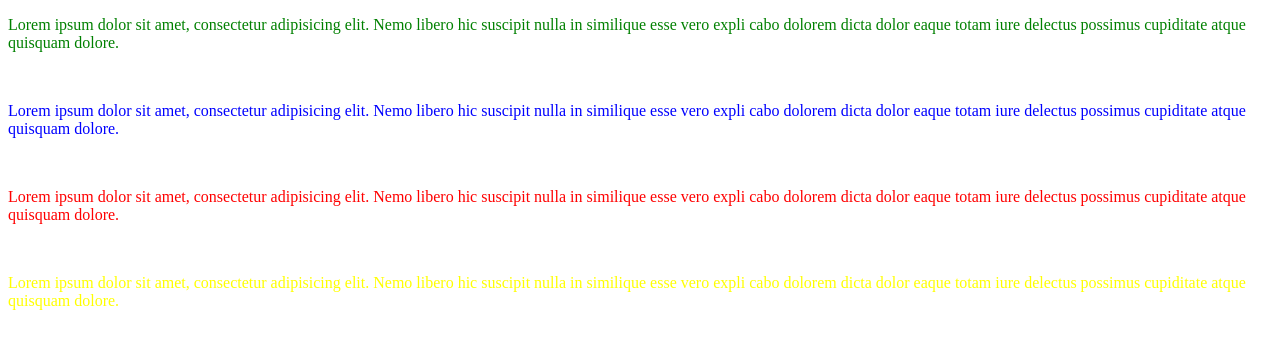
Repository: Balamurugan1914/crud_operation_without_db
Page: html_example/src/main/webapp/aboutus.html
An editor plug-in stored every save of this project. The page is shown before and after the next save, followed by the edit.
The browser window is 1280 px wide. The pictures show the whole page.

Above is the page before, as saved 2022-06-22 10:23:59.

After the next save:
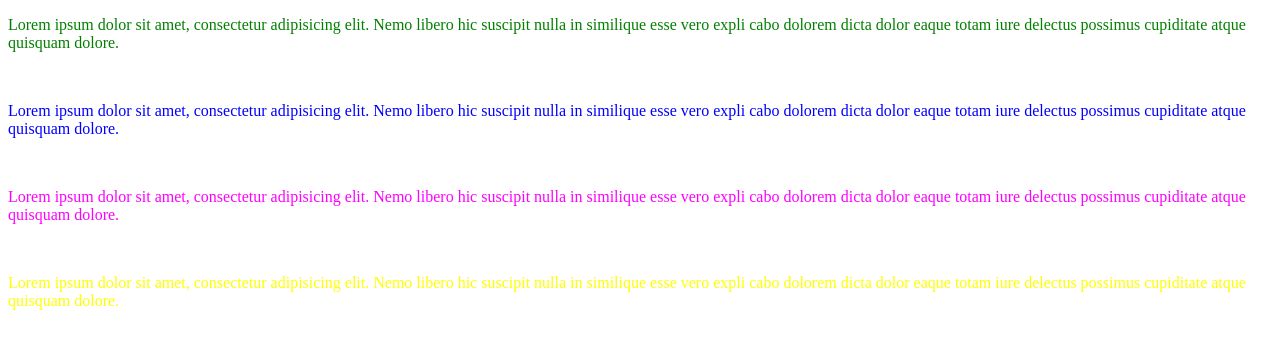
Saved 14 s later.
--- a/html_example/src/main/webapp/aboutus.html
+++ b/html_example/src/main/webapp/aboutus.html
@@ -13,7 +13,7 @@
 cabo dolorem dicta dolor eaque totam iure delectus possimus cupiditate atque quisquam dolore.
 </p><br>
 
-<p id="p3" title="About editor" style="color: red">Lorem ipsum dolor sit amet, consectetur adipisicing elit. Nemo libero hic suscipit nulla in similique esse vero expli
+<p id="p3" title="About editor" style="color: magenta">Lorem ipsum dolor sit amet, consectetur adipisicing elit. Nemo libero hic suscipit nulla in similique esse vero expli
 cabo dolorem dicta dolor eaque totam iure delectus possimus cupiditate atque quisquam dolore.
 </p><br>
 

After the save that followed:
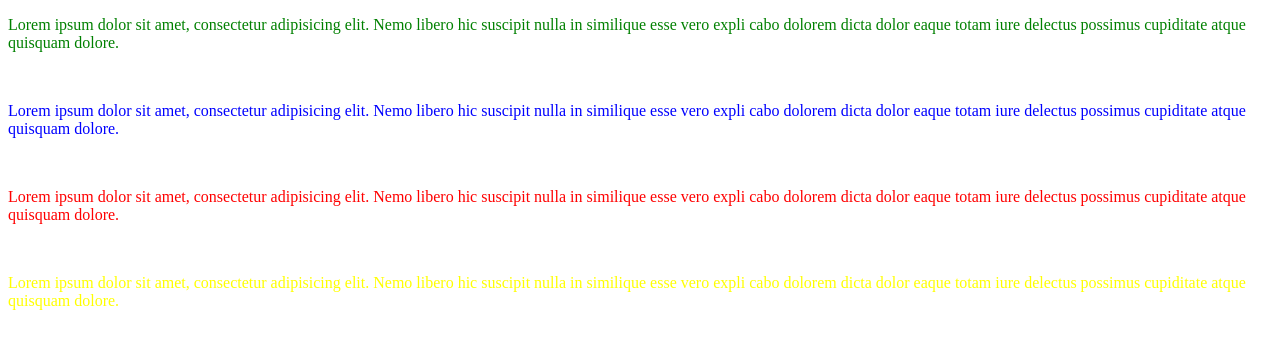
Saved 10 s later.
--- a/html_example/src/main/webapp/aboutus.html
+++ b/html_example/src/main/webapp/aboutus.html
@@ -13,7 +13,7 @@
 cabo dolorem dicta dolor eaque totam iure delectus possimus cupiditate atque quisquam dolore.
 </p><br>
 
-<p id="p3" title="About editor" style="color: magenta">Lorem ipsum dolor sit amet, consectetur adipisicing elit. Nemo libero hic suscipit nulla in similique esse vero expli
+<p id="p3" title="About editor" style="color: red">Lorem ipsum dolor sit amet, consectetur adipisicing elit. Nemo libero hic suscipit nulla in similique esse vero expli
 cabo dolorem dicta dolor eaque totam iure delectus possimus cupiditate atque quisquam dolore.
 </p><br>
 
